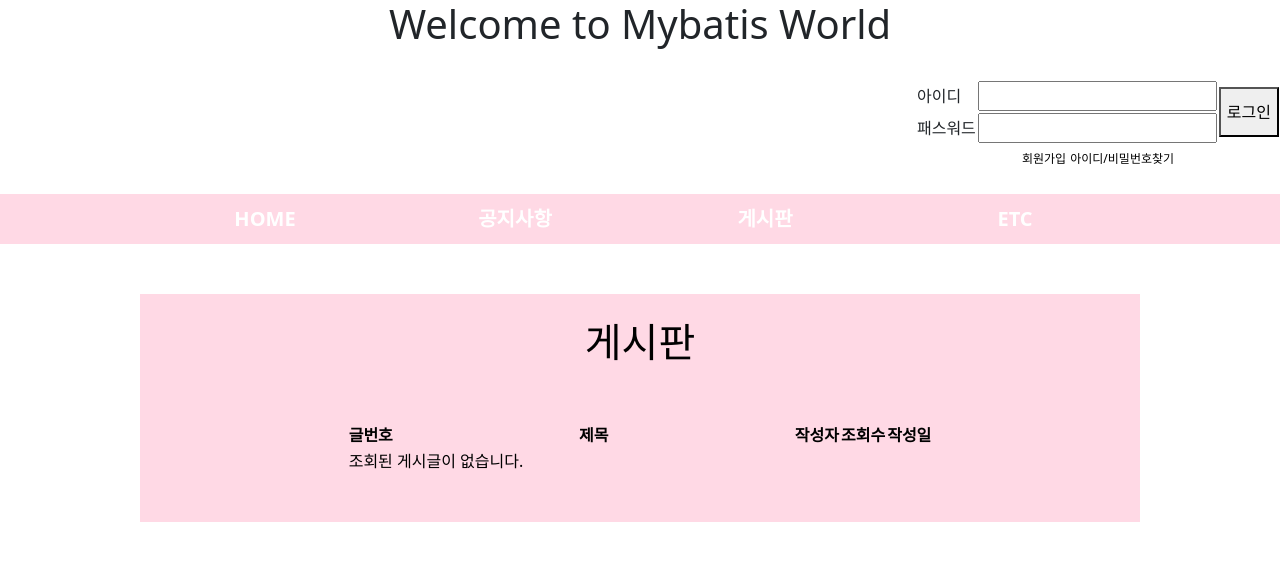
Repository: smjae96/Backup
Page: http://localhost/mybatisProject/WEB-INF/views/board/boardListView.jsp
These files come from the project's save history. The page is drawn as it stood at one moment and after the next save; the edit follows.
The browser window is 1280 px wide. The pictures show the whole page.
The page is served by Tomcat 9. Nobody is signed in. The template is opened directly, without the code that normally fills it, so the values that code supplies are empty.

Above is the page before, as saved 2024-04-04 05:27:35.

After the next save:
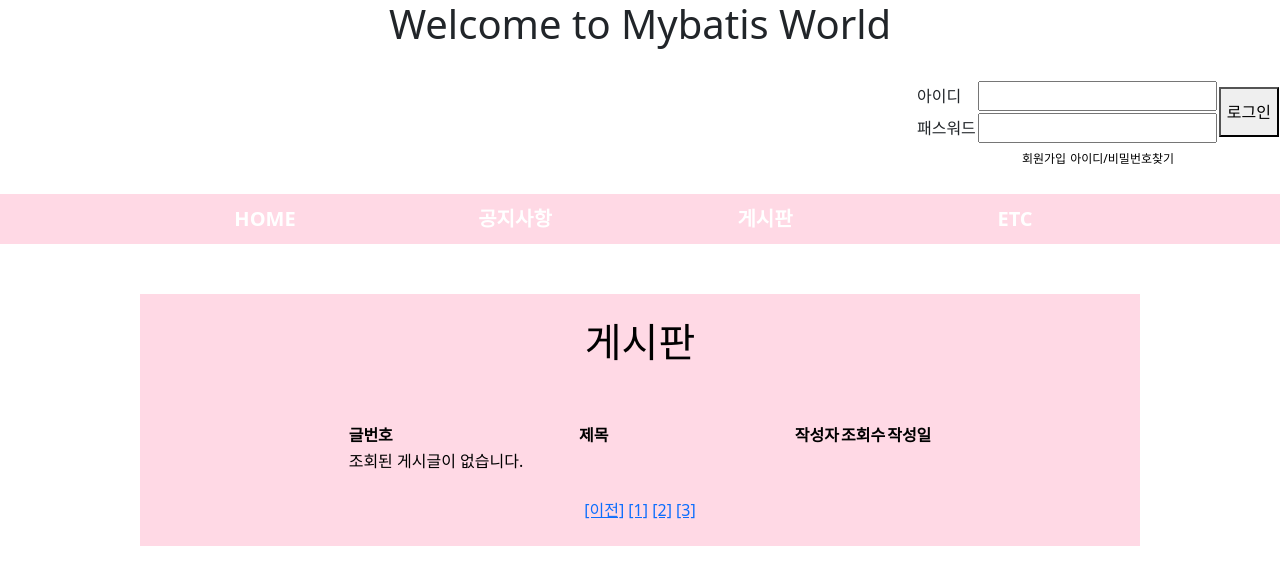
Saved 110 s later.
--- a/6_mybatis/mybatisProject/webapp/WEB-INF/views/board/boardListView.jsp
+++ b/6_mybatis/mybatisProject/webapp/WEB-INF/views/board/boardListView.jsp
@@ -59,6 +59,11 @@
 		<br>
 
 		<div id="paging-area">
+			<a href="">[이전]</a>
+
+			<a href="">[1]</a>
+			<a href="">[2]</a>
+			<a href="">[3]</a>
 		</div>
 		<br>
 </div>
